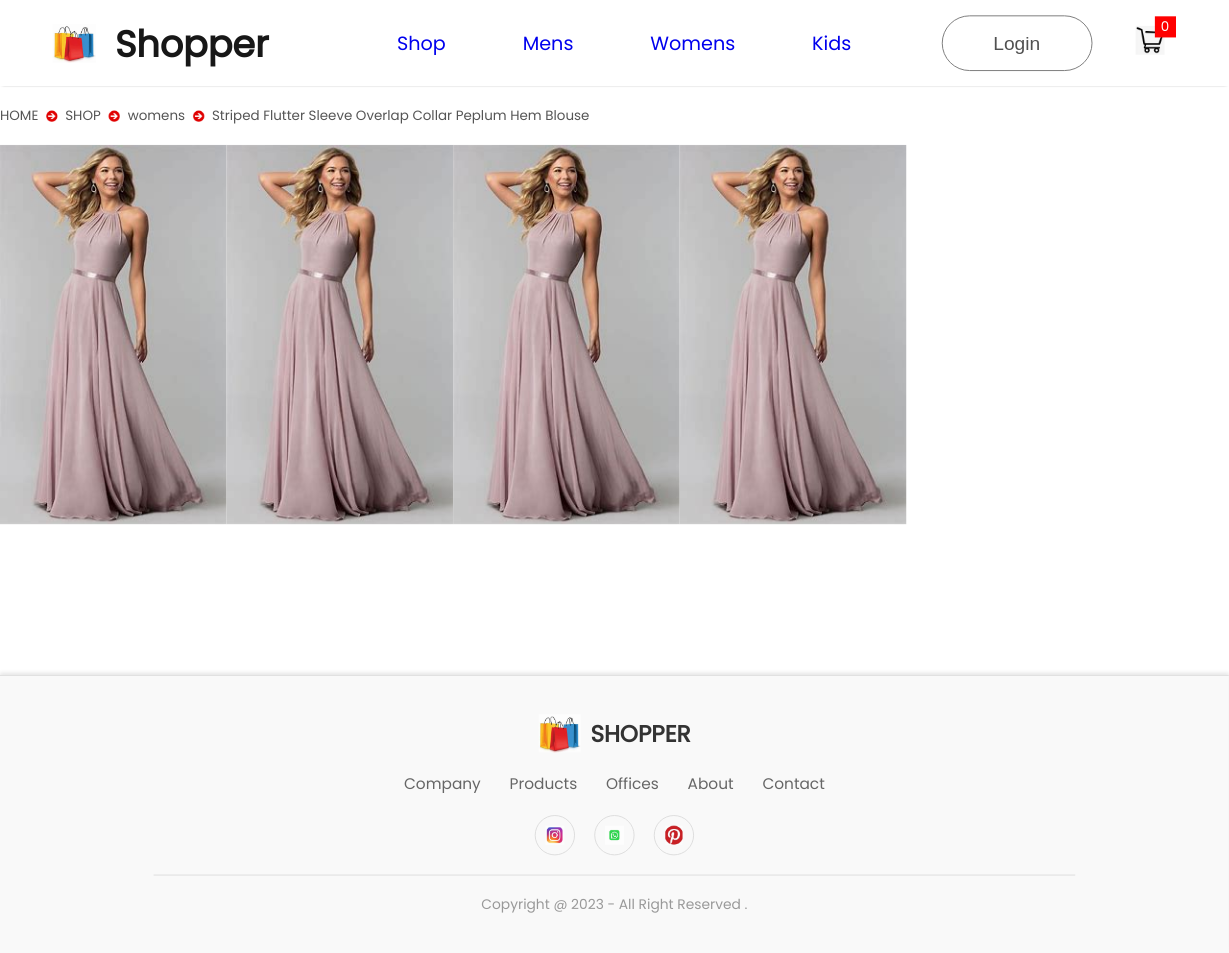
Repository: sshaiv/Shoppie_EcommerceAPP
Page: /product/1
The author's editor kept a copy of each file at every save. The page is drawn from the files as they stood at one save, then again after a run of saves.
The browser window is 1280 px wide. The pictures show the whole page, at 96% of full size.
The project was rebuilt for these pictures with package versions that can differ from the ones it lists, and the page was loaded fresh each time. Also part of the build but not shown: src/App.css, src/Components/Pages/CSS/ShopCategory.css, src/Components/Item/Item.css, src/Components/Item/Item.jsx, src/Components/Pages/ShopCategory.jsx, src/Components/ProductDisplay/ProductDisplay.css, src/Components/Pages/Cart.jsx, src/Components/Pages/CSS/LoginSignup.css and 14 more.

Above is the page before, as saved 2024-07-16 21:38:11.

After the next 2 saves:
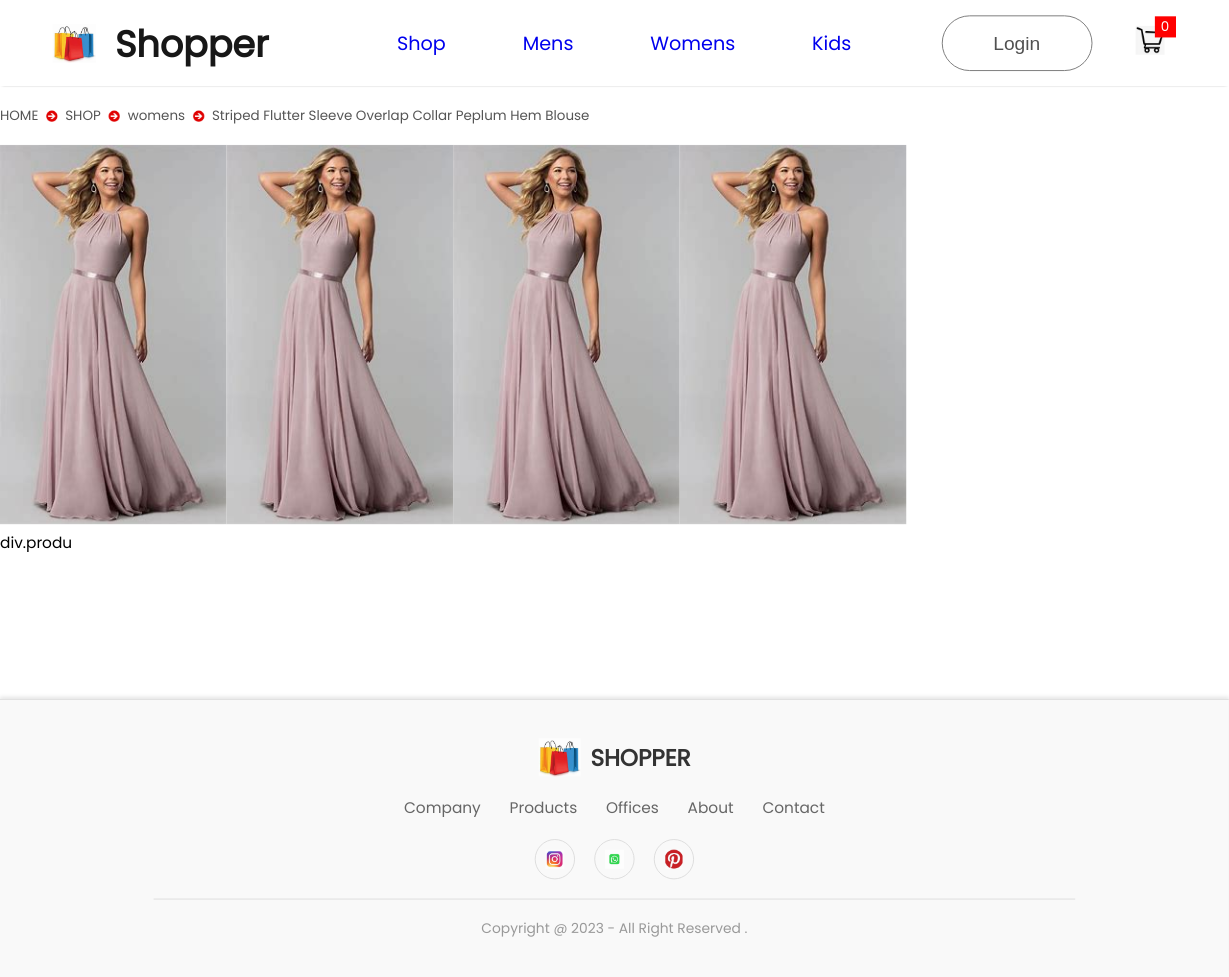
The 2 saves are shown as one change because they came seconds apart.
The last was saved 10 s later.
--- a/src/Components/ProductDisplay/ProductDisplay.jsx
+++ b/src/Components/ProductDisplay/ProductDisplay.jsx
@@ -12,6 +12,7 @@ const ProductDisplay = (props) => {
             <img src={product.image} alt="" />
             <img src={product.image} alt="" />
         </div>
+        div.produ
       </div>
       <div className="productdisplay-right">
 
